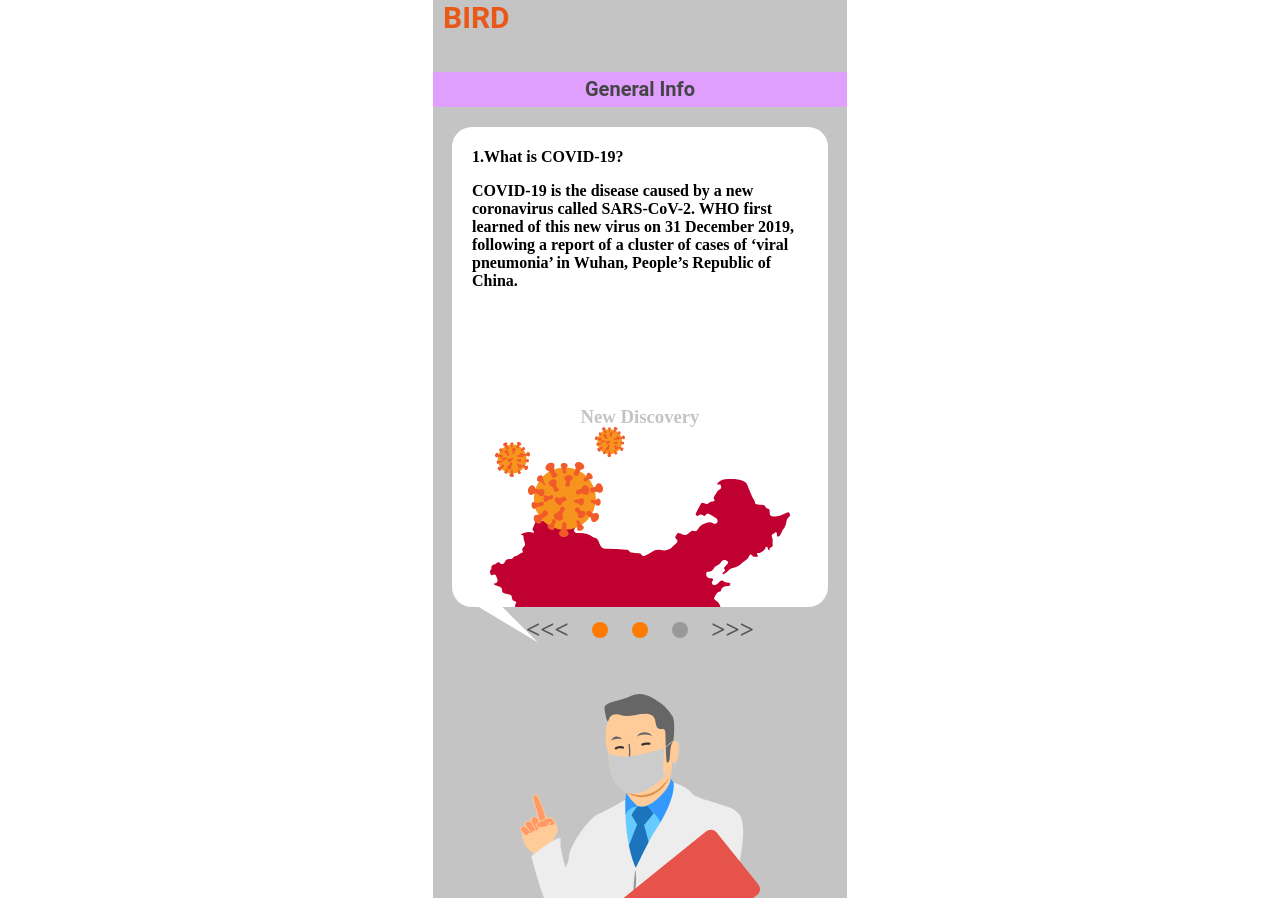
Repository: Levic559/BIRD
Page: General_info-1/1.html
An editor plug-in stored every save of this project. The page is shown before and after the next save, followed by the edit.
The browser window is 1280 px wide. The pictures show the whole page.

Above is the page before, as saved 2021-03-10 21:52:00.

After the next save:
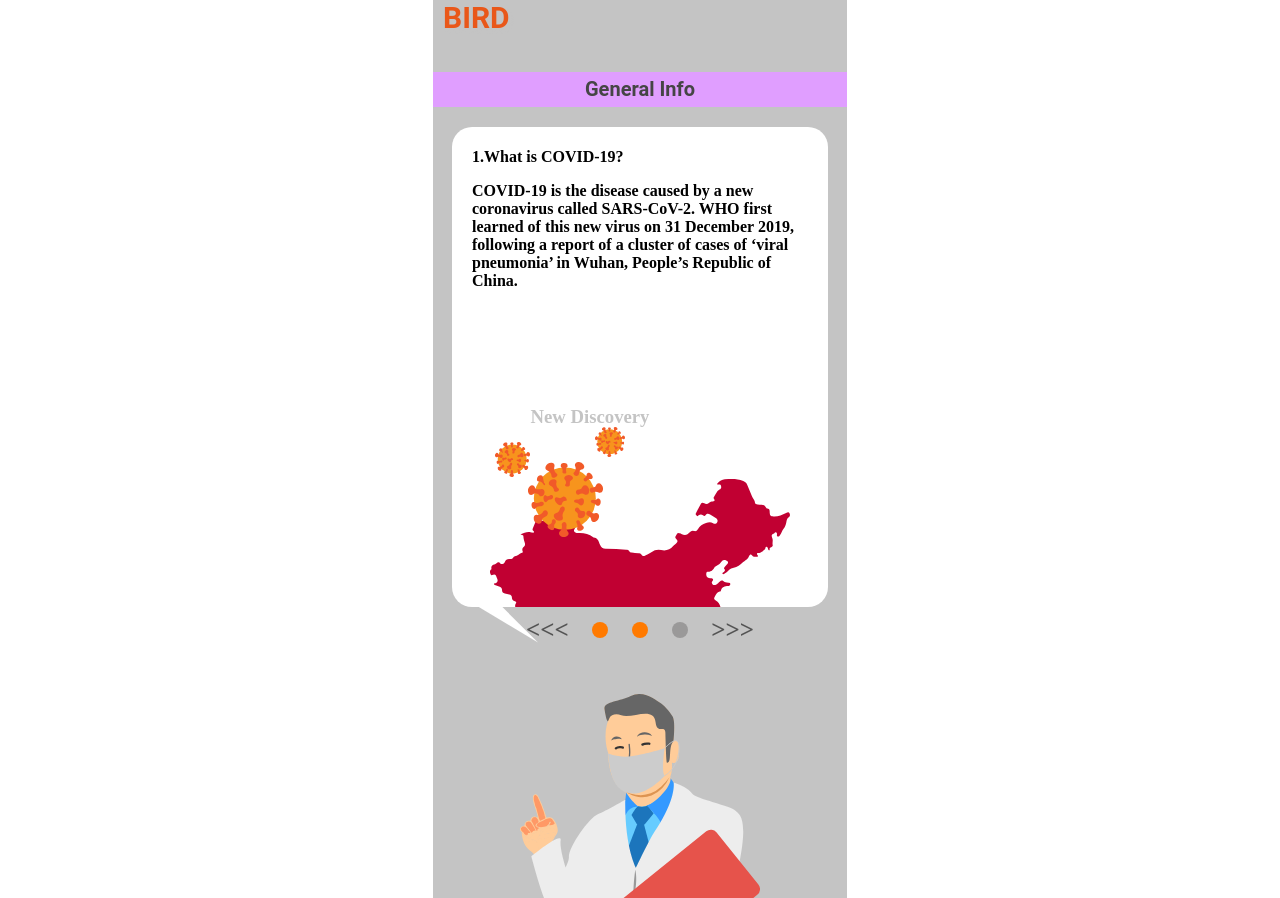
Saved 4 s later.
--- a/General_info_structure/mystyle.css
+++ b/General_info_structure/mystyle.css
@@ -79,7 +79,7 @@
   color: #C4C4C4;
   position: relative;
   display: flex;
-  margi
+  margin-right: 100px;
 
 }
 

After the save that followed:
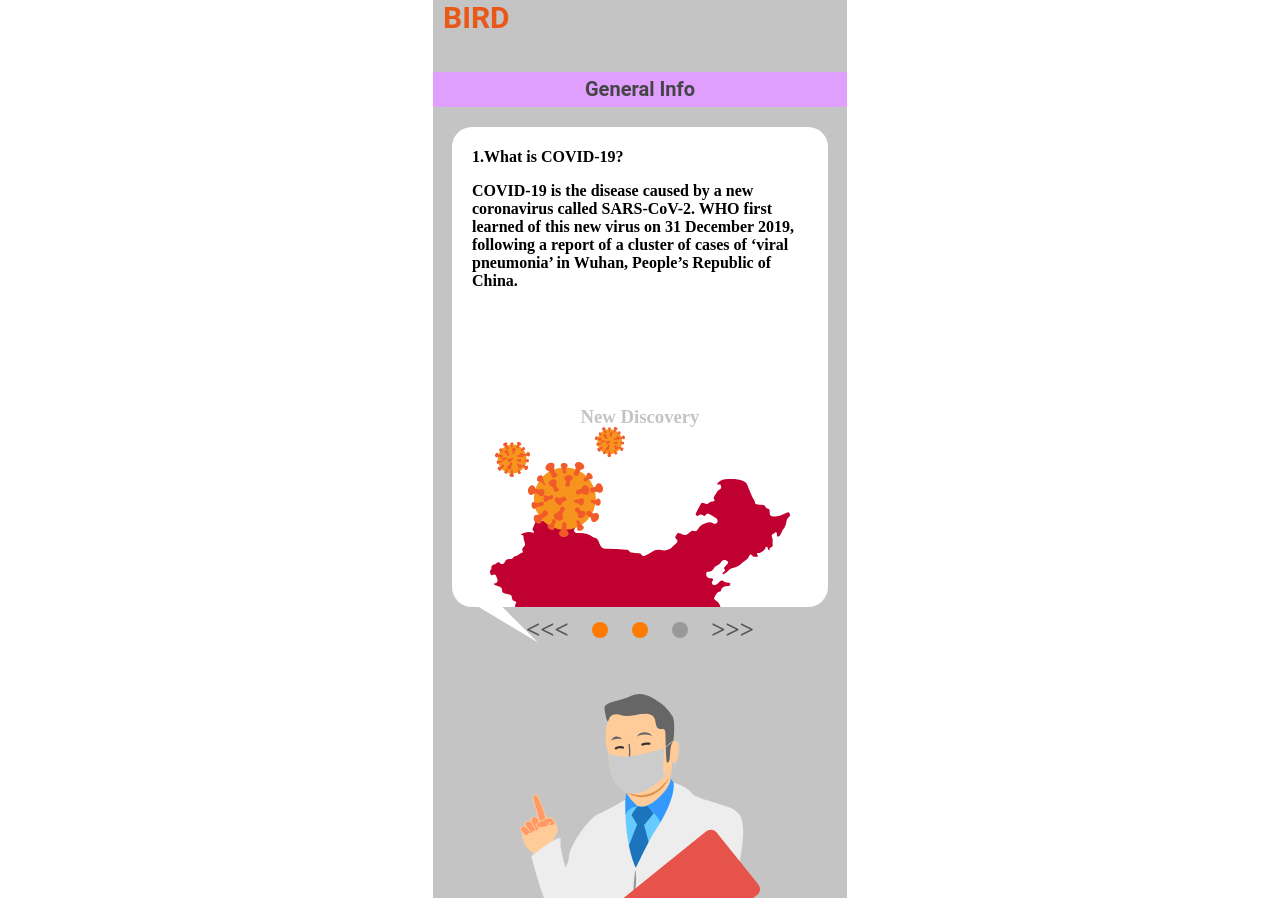
Saved 7 s later.
--- a/General_info_structure/mystyle.css
+++ b/General_info_structure/mystyle.css
@@ -79,7 +79,7 @@
   color: #C4C4C4;
   position: relative;
   display: flex;
-  margin-right: 100px;
+  margin-right: px;
 
 }
 
